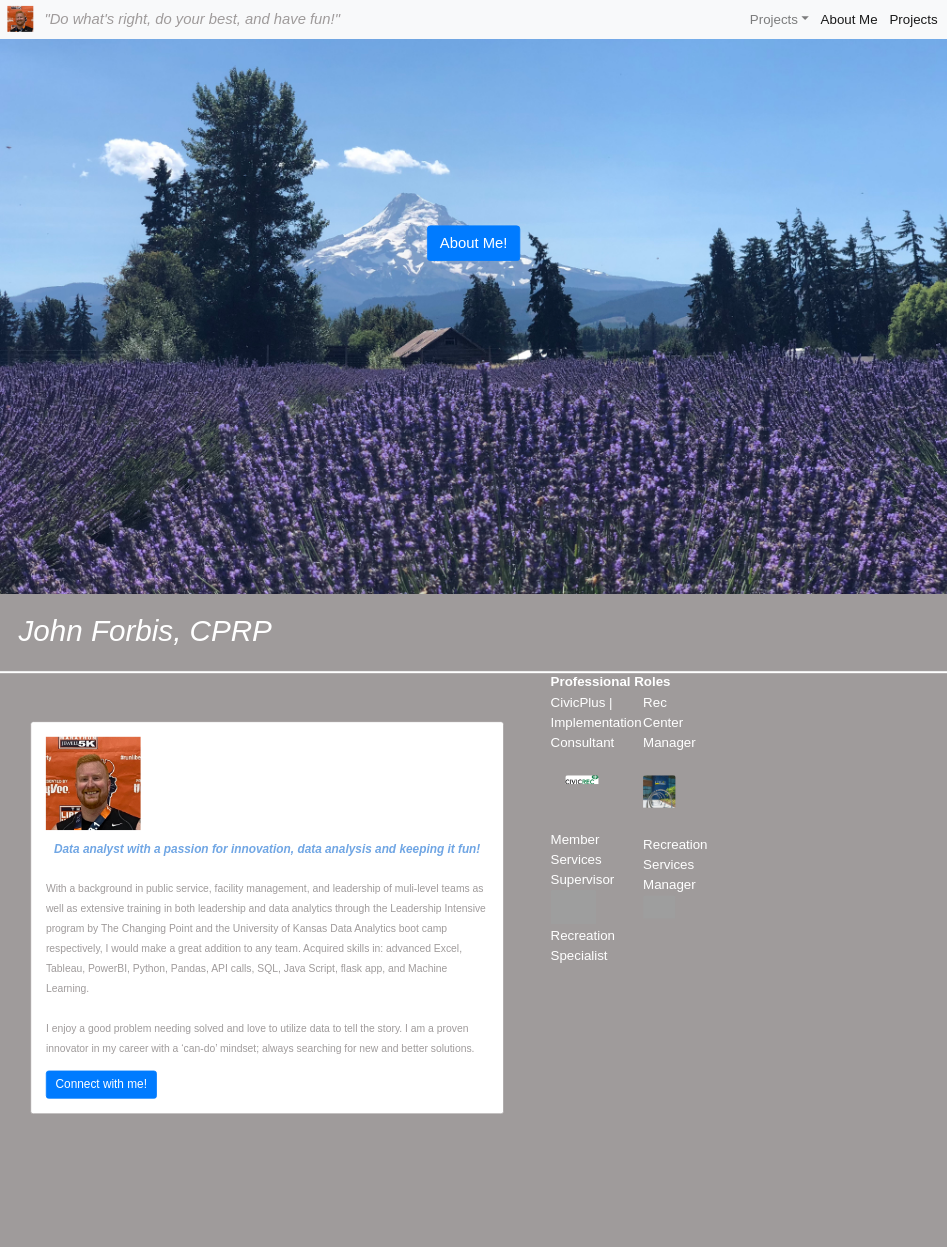
Repository: jforbis/john-forbis-data-analyst
Page: index.html
The author's editor kept a copy of each file at every save. The page is drawn from the files as they stood at one save, then again after the next save.
The browser window is 1280 px wide. The pictures show the whole page, at 74% of full size.
Pictures or frames that could not be fetched are drawn as grey boxes. Backgrounds fixed to the window are drawn as part of the page.

Above is the page before, as saved 2021-03-31 20:54:20.

### index.html
<!DOCTYPE html>
<html lang="en">

<head>
<meta charset="UTF-8">
<title class="text">John Forbis, CPRP</title>
<!--Bootstrap style sheet-->
<link rel="stylesheet" href="https://stackpath.bootstrapcdn.com/bootstrap/4.3.1/css/bootstrap.min.css" integrity="sha384-ggOyR0iXCbMQv3Xipma34MD+dH/1fQ784/j6cY/iJTQUOhcWr7x9JvoRxT2MZw1T" crossorigin="anonymous">
<!--link to style sheet-->
<link rel="stylesheet" type="text/css" href="static/css/style.css">
</head>

<!--Top Nav Bar-->
<nav class="navbar-expand-lg navbar-light bg-light nav-color navbar nav">
    <a class="navbar-brand" href="about_me.html">
        <img class="headshot-sm" src="resources/images/headshot.jpg">
    </a>
    <a class="navbar-brand" id="tagline" href="index.html"> <i>"Do what's right, do your best, and have fun!"</i></a>
    <button class="navbar-toggler" type="button" data-bs-toggle="collapse" data-bs-target="#navbarSupportedContent"
        aria-controls="navbarSupportedContent" aria-expanded="false" aria-label="Toggle navigation">
        <span class="navbar-toggler-icon"></span>
    </button>
    <div class="collapse navbar-collapse justify-content-end" id="navbarSupportedContent">
        <div class="nav navbar-nav navbar-right">
            <ul class="navbar-nav me-auto mb-2 mb-lg-0">
                <li class="nav-item dropdown">
                    <a class="nav-link dropdown-toggle" href="#" id="navbarDropdown" role="button"
                        data-bs-toggle="dropdown" aria-expanded="false">Projects</a>
                    <ul class="dropdown-menu" aria-labelledby="navbarDropdown">
                        <a class="dropdown-item" href="#">Schooling</a>
                        <a class="dropdown-item" href="#">Career</a>
                        <a class="dropdown-item" href="#">Accolades</a>
                    </ul>
                </li>
                <li class="nav-item active">
                    <a class="nav-link" href="#">About Me </a>
                </li>
                <li class="nav-item active">
                    <a class="nav-link" href="#">Projects </a>
                </li>
            </ul>
        </div>
    </div>
</nav>

<div class="wrapper">
    <!-- <nav class="navbar navbar-default">
        <div class="container-fluid">
        <div class="navbar-header">
            <!-- <a class="navbar-brand" href="index.html">UFO Sightings
            <img class="nav-ufo" src="resources/images/headshot.jpg">
            </a> -->
        <!-- </div>
        </div>
    </nav> -->
    <div class="hero text-center">
        <h1 class="text"><b>JOHN FORBIS, CPRP</b></h1>
        <p><a class="btn btn-primary btn-lg" href="#me" role="button">About Me!</a></p>
    </div>

<body>
    <h1><i id="me">John Forbis, CPRP</i></h1>
    <hr>
    <table>
        <tr>
            <td>
                <div class="card" style="width: 40rem;">
                    <div><img src="resources/images/headshot.jpg" class="headshot-md" alt="..."></div>
                    <div class="card-body">
                        <h5 class="card-title"><b>Who I Am:</b></h5>
                        <p class="card-text">
                        <div id="whoiam"><i><b>Data analyst with a passion for innovation, data analysis and keeping it fun!</b></i></div>
                        <br>
                        With a background in public service, facility management, and leadership of
                        muli-level teams as well as extensive training in both leadership and data analytics
                        through the Leadership Intensive program by The Changing Point and the University
                        of Kansas Data Analytics boot camp respectively, I would make a great addition
                        to any team. Acquired skills in: advanced Excel, Tableau, PowerBI, Python, Pandas, API calls,
                        SQL, Java Script, flask app, and Machine Learning.
                        <br><br>
                        I enjoy a good problem needing solved
                        and love to utilize data to tell the story. I am a proven innovator in my
                        career with a ‘can-do’ mindset; always searching for new and better solutions.

                    </p>
                    <a target=blank href="https://www.linkedin.com/in/john-forbis-cprp-96921513/" class="btn btn-primary">Connect with me!</a>
                    </div>
                </div>
            </td>
            <td style="vertical-align:bottom">
                <div class="second_card" style="width: 40rem;">
                        <div class="card-body">
                            <table>
                                <tr>
                                <th colspan=2>Professional Roles</th>
                                </tr>
                                <tr>
                                <td id="career-img">CivicPlus | Implementation Consultant
                                </td>
                                <td id="career-img">Rec Center Manager
                                </td>
                                </tr>
                                <tr>
                                    <td>
                                        <div class="white-box" id="cr">
                                        <a href="cp.html">
                                            <img src="resources/images/cr.png" class="card-img-top" alt="...">
                                        </a>
                                        </div>
                                    </td>
                                    <td>
                                        <a href="lenexa.html">
                                            <img src="resources/images/lenexareccenter.jpg" class="card-img-top" alt="...">
                                        </a>
                                    </td>
                                    </tr>

                                <tr>
                                    <td>Member Services Supervisor
                                        <a href="visualizations/cloudiness.html">
                                            <img src="Resources/assets/images/Fig3.png" class="card-img-top" alt="...">
                                    </a>
                                    </td>
                                    <td>Recreation Services Manager
                                        <a href="visualizations/windspeed.html">
                                            <img src="Resources/assets/images/Fig3.png" class="card-img-top" alt="...">
                                        </a>
                                    </td>
                                </tr>
                                <tr>
                                    <td>Recreation Specialist
                                        </br>
                                        </br>
                                        </br>
                                        </br>
                                        </br>
                                        </br>
                                        </br>
                                        </br>
                                        </br>
                                    </td>
                                </tr>
                                <tr>
                                    <td></td>
                                </tr>
                                <tr>
                                    <td></td>
                                </tr>
                                <tr>
                                    <td></td>
                                </tr>
                                <tr>
                                    <td></td>
                                </tr>
                                <tr>
                                    <td></td>
                                </tr>
                                <tr>
                                    <td></td>
                                </tr>
                            </table>
                        </div>
                </div>
            </td>
        </tr>
    </table>
</div>
</body>

<!--<table>
    <tr>
      <th>Month</th>
      <th>Savings</th>
    </tr>
    <tr>
      <td>January</td>
      <td>$100</td>
    </tr>
    <tr>
      <td>February</td>
      <td>$80</td>
    </tr>
    <tr>
      <td colspan="2">Sum: $180</td>
    </tr>
  </table>-->

### static/css/style.css
/* Styling for HTML elements */
body {
padding: 0;
margin: 0;
font-family: Georgia, "Times New Roman", Times, serif;
font-size: 18px;
line-height: 150%;
color: rgb(255, 255, 255);
background: #9f9b9b;
}

#career-img {
    width: 30px;
}
.dropdown {
position: relative;
display: inline-block;
}

.dropdown-menu {
display: none;
position: absolute;
background-color: #f9f9f9;
min-width: 160px;
box-shadow: 0px 8px 16px 0px rgba(0,0,0,0.2);
padding: 12px 16px;
z-index: 1;
}

.dropdown:hover .dropdown-menu {
display: block;
}

h1 {
padding: 15px;
margin: 10px;
color: white
}

h3 {
margin-left: 35px;
color: white;
font-size: 16px
}

hr {
height: 2px;
background-color: white
}

.card {
color: #9f9b9b;
font-size: 14px;
margin-left: 40px;
margin-top: top;
border-color: #9f9b9b;
vertical-align: text-top
}

.card-body {
    margin-top: 100px;
}

#whoiam {
    text-align: center;
    color: #70A6E4;
    font-size: 16px
}
.second_card {
margin-top: -140px;
margin-left: 40px
}

.card-img-top {
width: 50%;
height: auto;
}

.card-title {
font-size: 18px
}

.top_row {
position: sticky;
top: 0;
background-color: #353A3F;
}

.navbar-expand-lg navbar-light bg-light nav-color navbar nav {
position: sticky;
top: 0;
}

* {
box-sizing: border-box;
font-family: Ubuntu, sans-serif;
}

html,
body {
height: 100%;
padding: 0;
margin: 0;
}

/* The wrapper contains all of the page's content besides the footer, which is pushed to the bottom of the page */
.wrapper {
position: relative;
min-height: 100%;
padding-bottom: 130px;
overflow: auto;
}

/* The footer is positioned at the bottom of the page */
.footer {
position: absolute;
right: 0;
bottom: 0;
left: 0;
min-height: 100px;
background: #4e5d6c;
}

/* The code styles the text at the bottom of the footer */
.footer > .bottom {
position: absolute;
right: 0;
bottom: 0;
left: 0;
padding: 5px;
background: #1b3146;
}

.navbar {
padding: 5px;
margin: 0;
}

/* This CSS styles the photo in the navbar */
.headshot-sm {
position: absolute;
bottom: 10px;
left: 10px;
width: 35px;
color: white;
}

/* This CSS styles the photo in the 'Who I Am' card' */
.headshot-md {
    position: absolute;
    width: 20%;
    left: 20px;
    top: 20px;
    color: black;
    margin-bottom: 20px
    }

.white-box {
    position: relative;
    /* background-color: #FFFFFF; */
    color: black;
    width: 100px;
    height: 100px;
    padding: 20px;
}

/* Resizing images */
.white-box img {
    width: 75%;
    height: auto
}

#tagline {
    position: absolute;
    left: 60px;
    font-family: verdana;
    color: #9f9b9b;
}

/* Adding styles to the aside and filter form */
.ufo-form {
margin-top: 50px;
}

.filters .panel-body {
padding: 0;
}

.filters {
margin-top: 10px;
}

select {
display: block;
width: 100%;
padding: 8px;
color: #8e979f;
outline: none;
}

#table-area th {
text-align: center;
}

#table-area th:first-child,
#table-area th:nth-child(2),
#table-area th:nth-child(6) {
min-width: 70px;
}

.loader {
margin-top: 50px;
}

.margin-top-50 {
margin-top: 50px;
}

/* The styles for the parallax */
.hero {
position: relative;
height: 750px;
padding: 10px;
margin: 0;
background-image: url("../../resources/images/IMG_1779.jpg");
background-attachment: fixed;
background-position: bottom center;
background-size: cover;
}

.hero h1 {
margin-top: 200px;
font-size: 0.1rem;
animation: title 1.2s forwards linear;
}

.hero p {
font-size: 2rem;
opacity: 0;
animation: subtitle 1.2s forwards linear;
animation-delay: 1.2s;
}

/* input placeholder color changes */
.form-control::-webkit-input-placeholder {
/* Chrome/Opera/Safari */
color: #8e979f;
}

.form-control::-moz-placeholder {
/* Firefox 19+ */
color: #8e979f;
}

.form-control:-ms-input-placeholder {
/* IE 10+ */
color: #8e979f;
}

.form-control:-moz-placeholder {
/* Firefox 18- */
color: #8e979f;
}

/* media queries which will only be activated at specific screen sizes */
@media (max-width: 800px) {
#table-area td {
    font-size: 1em;
}
}

@media (max-width: 500px) {
#table-area thead {
    display: none;
}

#table-area tr td:first-child {
    font-size: 1.8em;
    font-weight: bold;
    background: #1b3146;
}

#table-area tr td:last-child {
    margin-bottom: 20px;
}

#table-area tr td:last-child::after {
    display: block;
    width: 100%;
    height: 1px;
    margin-top: 20px;
    content: " ";
    background: aliceblue;
}

#table-area td {
    font-size: 1.25em;
}

#table-area tbody td {
    display: block;
    text-align: center;
}

#table-area tbody td::before {
    display: block;
    font-size: 1.4em;
    font-weight: bold;
    text-align: center;
    content: attr(data-th);
}

.hero h1 {
    animation: smaller-title 1.2s forwards linear;
}
}

/* keyframe animations which will be used to animate the title */
@keyframes title {
from {
    opacity: 0;
}

to {
    font-size: 7.5rem;
    opacity: 1;
}
}

@keyframes smaller-title {
from {
    opacity: 0;
}

to {
    font-size: 5.5rem;
    opacity: 1;
}
}

@keyframes subtitle {
from {
    opacity: 0;
}

to {
    opacity: 1;
}
}

After the next save:
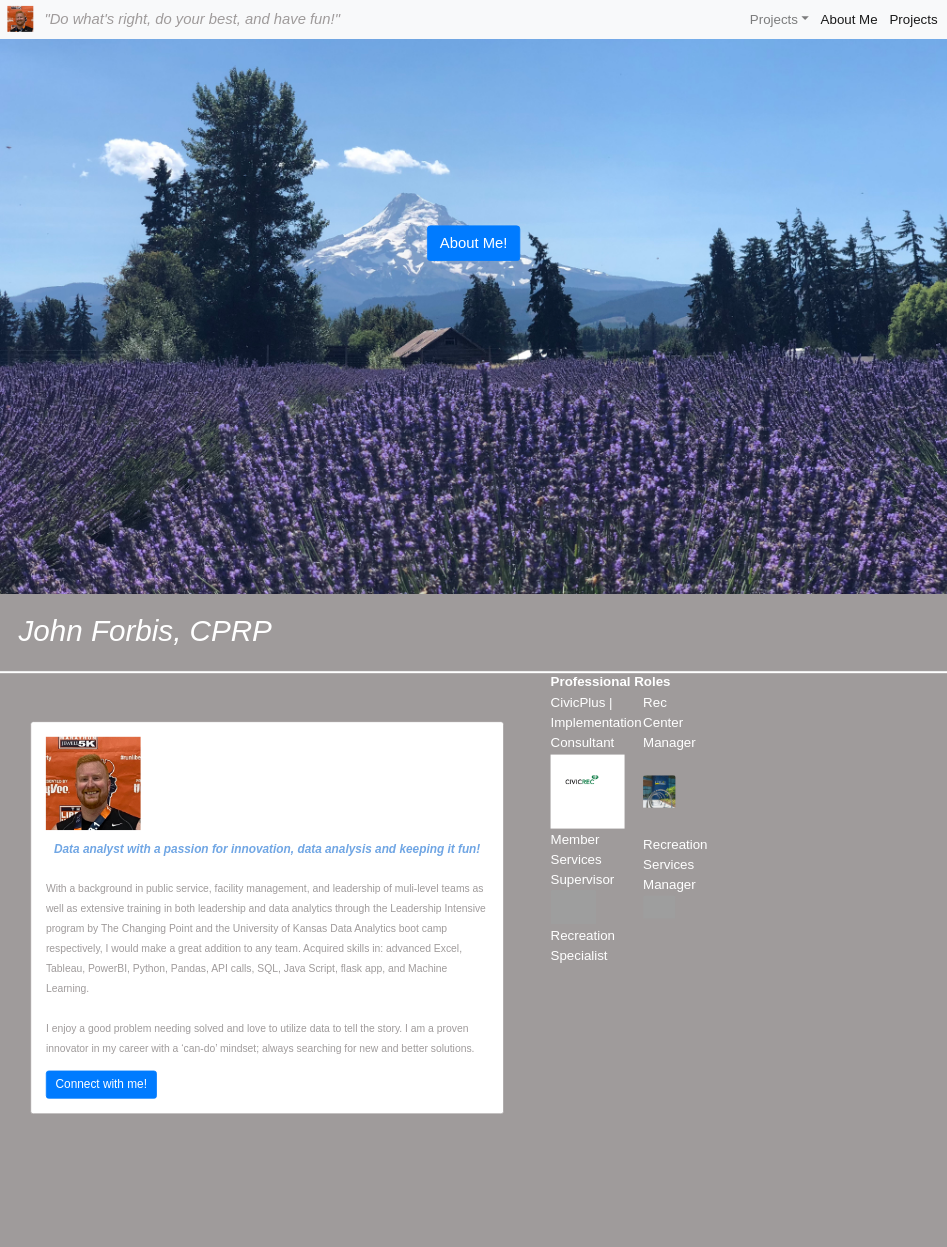
Saved 10 s later.
--- a/static/css/style.css
+++ b/static/css/style.css
@@ -157,7 +157,7 @@
 
 .white-box {
     position: relative;
-    /* background-color: #FFFFFF; */
+    background-color: #FFFFFF;
     color: black;
     width: 100px;
     height: 100px;
